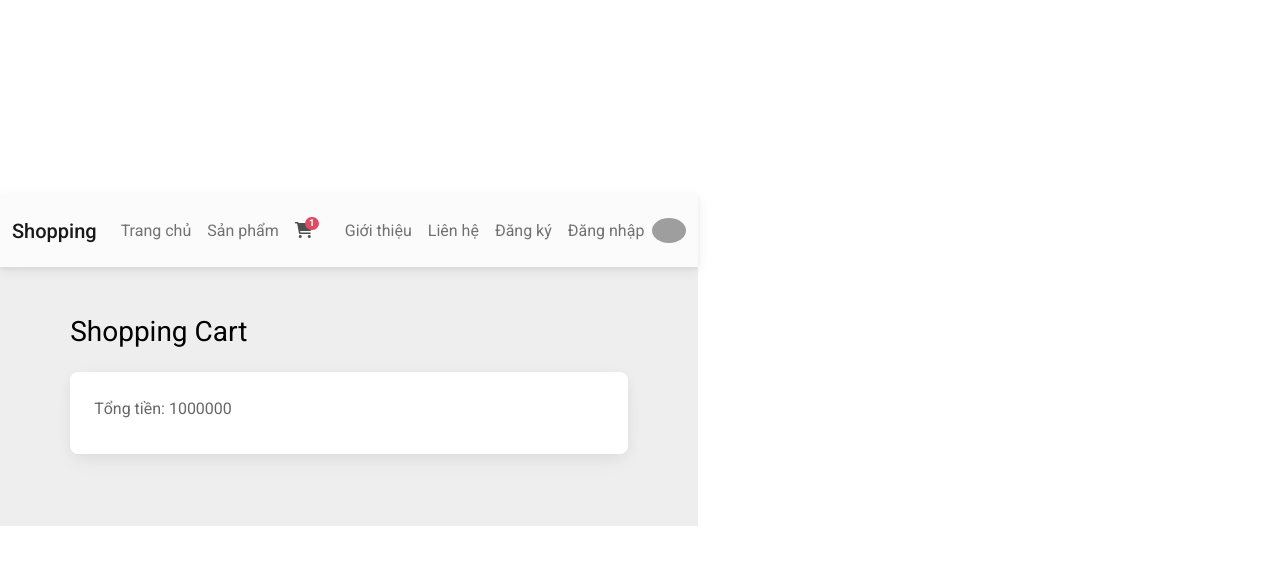
Repository: TinhTT336/MD02_Session10
Page: /cart
The author's editor kept a copy of each file at every save. The page is drawn from the files as they stood at one save, then again after the next save.
The browser window is 1280 px wide. The pictures show the whole page.
Pictures or frames that could not be fetched are drawn as grey boxes. Some web libraries are served in a nearby version. The project was rebuilt for these pictures with package versions that can differ from the ones it lists, and the page was loaded fresh each time. Also part of the build but not shown: vite.config.js, src/layouts/Footer.jsx, src/pages/Home.jsx, src/actions/cartActions.js, src/pages/ListProduct.jsx, src/pages/About.jsx, src/pages/Contact.jsx, src/pages/Register.jsx and 2 more.

Above is the page before, as saved 2023-09-08 09:21:47.

### index.html
<!DOCTYPE html>
<html lang="en">
  <head>
    <meta charset="UTF-8" />
    <link rel="icon" type="image/svg+xml" href="/vite.svg" />
    <meta name="viewport" content="width=device-width, initial-scale=1.0" />
    <title>Vite + React</title>
    <!-- Font Awesome -->
    <link
      href="https://cdnjs.cloudflare.com/ajax/libs/font-awesome/6.0.0/css/all.min.css"
      rel="stylesheet"
    />
    <!-- Google Fonts -->
    <link
      href="https://fonts.googleapis.com/css?family=Roboto:300,400,500,700&display=swap"
      rel="stylesheet"
    />
    <!-- MDB -->
    <link
      href="https://cdnjs.cloudflare.com/ajax/libs/mdb-ui-kit/6.4.1/mdb.min.css"
      rel="stylesheet"
    />
  </head>
  <body>
    <div id="root"></div>
    <script type="module" src="/src/main.jsx"></script>
    <script
      type="text/javascript"
      src="https://cdnjs.cloudflare.com/ajax/libs/mdb-ui-kit/6.4.1/mdb.min.js"
    ></script>
  </body>
</html>

### src/main.jsx
import React from 'react'
import ReactDOM from 'react-dom/client'
import App from './App.jsx'
import './index.css'
import { BrowserRouter } from 'react-router-dom'
import { Provider } from 'react-redux'
import { createStore } from 'redux'
import { reducer } from './reducers/index.js'

const store = createStore(reducer)
ReactDOM.createRoot(document.getElementById('root')).render(
  <React.StrictMode>
    <BrowserRouter>
      <Provider store={store}>
        <App />
      </Provider>
    </BrowserRouter>
  </React.StrictMode>,
)

### src/App.jsx

import { Route, Routes } from 'react-router-dom'
import './App.css'
import Home from './pages/Home'
import ListProduct from './pages/ListProduct'
import Cart from './pages/Cart'
import About from './pages/About'
import Contact from './pages/Contact'
import Register from './pages/Register'
import Login from './pages/Login'
import ProductDetail from './pages/ProductDetail'

function App() {

  return (
    <>
      <Routes>
        <Route path='/' element={<Home />}></Route>
        <Route path='/list-product' element={<ListProduct />}></Route>
        <Route path='/cart' element={<Cart />}></Route>
        <Route path='/about' element={<About />}></Route>
        <Route path='/contact' element={<Contact />}></Route>
        <Route path='/register' element={<Register />}></Route>
        <Route path='/login' element={<Login />}></Route>
        <Route path='/product-detail' element={<ProductDetail />}></Route>
      </Routes>
    </>
  )
}

export default App

### src/reducers/index.js
import { combineReducers } from "redux";
import { listProduct } from "./listProduct";
import { listCart } from "./listCart";

export const reducer = combineReducers({ listProduct, listCart });

### src/App.css
* {
  margin: 0;
  padding: 0;
  box-sizing: border-box;
}
.active {
  background-color: #efefef;
}
body {
  max-width: 90%;
  margin: 0 auto;
}

.nav-item .nav-link {
  padding: 15px;
}

.fa-cart-shopping {
  position: relative;
}

.fa-cart-shopping + span {
  position: absolute;
  top: -10px;
  right: -10px;
  background-color: red;
  color: white;
  border-radius: 50%;
  padding: 5px 10px;
}

### src/pages/Cart.jsx
import React from 'react'
import Navbar from '../layouts/Navbar'
import { useSelector } from 'react-redux'
import { formatMoney } from '../common/formatMoney'

export default function Cart() {
    // lay du lieu cart tu store ve
    const listCart = useSelector(cart => cart.listCart);
    return (
        <>
            <Navbar />
            <section className="h-100" style={{ backgroundColor: "#eee" }}>
                <div className="container h-100 py-5">
                    <div className="row d-flex justify-content-center align-items-center h-100">
                        <div className="col-10">
                            <div className="d-flex justify-content-between align-items-center mb-4">
                                <h3 className="fw-normal mb-0 text-black">Shopping Cart</h3>
                            </div>
                            {listCart.map((cart) => (
                                <div className="card rounded-3 mb-4" key={cart.product_id}>
                                    <div className="card-body p-4">
                                        <div className="row d-flex justify-content-between align-items-center">
                                            <div className="col-md-2 col-lg-2 col-xl-2">
                                                <img
                                                    src={cart.image}
                                                    className="img-fluid rounded-3"
                                                    alt="Cotton T-shirt"
                                                />
                                            </div>
                                            <div className="col-md-3 col-lg-3 col-xl-3">
                                                <p className="lead fw-normal mb-2">{cart.product_name}</p>
                                            </div>
                                            <div className="col-md-3 col-lg-3 col-xl-2 d-flex">
                                                <button className="btn btn-link px-2">
                                                    <i className="fas fa-minus" />
                                                </button>
                                                <input
                                                    min={0}
                                                    type="number"
                                                    className="form-control form-control-sm" value={cart.quantity} style={{ fontSize: 16, textAlign: "center" }}
                                                />
                                                <button
                                                    className="btn btn-link px-2"
                                                >
                                                    <i className="fas fa-plus" />
                                                </button>
                                            </div>
                                            <div className="col-md-3 col-lg-2 col-xl-2 offset-lg-1">
                                                <h5 className="mb-0">{formatMoney(cart.price)}</h5>
                                            </div>
                                            <div className="col-md-1 col-lg-1 col-xl-1 text-end">
                                                <a className="text-danger">
                                                    <i className="fas fa-trash fa-lg" />
                                                </a>
                                            </div>
                                        </div>
                                    </div>
                                </div>
                            ))}
                            <div className="card mb-4">
                                <div className="card-body p-4 d-flex flex-row">
                                    <div className="form-outline flex-fill">
                                        <label className="form-label" htmlFor="form1">
                                            Tổng tiền: 1000000
                                        </label>
                                    </div>
                                </div>
                            </div>
                        </div>
                    </div>
                </div>
            </section>

        </>
    )
}

### src/reducers/listProduct.js
import products from "../data/products.json";
export const listProduct = (state = products, action) => {
  return state;
};

### src/reducers/listCart.js
import { ACT_ADD_CART } from "../contrains/actionTypes";

const initialState = JSON.parse(localStorage.getItem("carts")) || [];

/**
 * ham lay ra vi tri cua product trong listProduct
 * @param {*} id id can kiem tra
 * @param {*} arr mang can kiem tra
 * @returns neu tim thay ban ghi thi tra ra vi tri, neu khong tra ra -1
 * Author: TinhTT(08/09/2023)
 */
const findIndexProduct = (id, arr) => {
  const productIndex = arr.findIndex((p) => p.product_id === id);
  return productIndex;
};
export const listCart = (state = initialState, action) => {
  switch (action.type) {
    case ACT_ADD_CART:
      // vi tri can lay
      const indexProduct = findIndexProduct(action.payload.product_id, state);
      // b2: kiem tra san pham da ton tai torng gio hang chua?
      if (indexProduct !== -1) {
        //b1:clone mang cu
        const newCarts = [...state];
        // neu da ton tai thi tang so luong
        newCarts[indexProduct].quantity += 1;
        // b3: luu giu lieu len local
        localStorage.setItem("carts", JSON.stringify(newCarts));
        // b4: return mang moi
        return newCarts;
      } else {
        // neu chua thi them vao gio hang
        const newAddCarts = [...state, { ...action.payload, quantity: 1 }];
        // b3: luu giu lieu len local
        localStorage.setItem("carts", JSON.stringify(newAddCarts));
        // b4: return mang moi
        return newAddCarts;
      }
    default:
      return state;
  }
};

export const totalPrice = (listCart) =>
  listCart.reduce((prevValue, currentValue) => {
    return prevValue + currentValue.price * currentValue.quantity;
  }, 0);

### src/layouts/Navbar.jsx
import React from 'react'
import { Link, NavLink } from 'react-router-dom'

export default function Navbar() {
    return (
        <div>
            <>
                {/* Navbar start */}
                {/* Navbar */}
                <nav className="navbar navbar-expand-lg navbar-light bg-light">
                    {/* Container wrapper */}
                    <div className="container-fluid">
                        {/* Toggle button */}
                        <button
                            className="navbar-toggler"
                            type="button"
                            data-mdb-toggle="collapse"
                            data-mdb-target="#navbarSupportedContent"
                            aria-controls="navbarSupportedContent"
                            aria-expanded="false"
                            aria-label="Toggle navigation"
                        >
                            <i className="fas fa-bars" />
                        </button>
                        {/* Collapsible wrapper */}
                        <div className="collapse navbar-collapse" id="navbarSupportedContent">
                            {/* Navbar brand */}
                            <a className="navbar-brand mt-2 mt-lg-0" >
                                {" "}
                                Shopping{" "}
                            </a>
                            {/* Left links */}
                            <ul className="navbar-nav me-auto mb-2 mb-lg-0">
                                <li className="nav-item">
                                    <NavLink to={"/"} className="nav-link" >
                                        Trang chủ
                                    </NavLink>
                                </li>
                                <li className="nav-item">
                                    <NavLink to={"/list-product"} className="nav-link" >
                                        Sản phẩm
                                    </NavLink>
                                </li>
                                <li className="nav-item">
                                    {/* Icon */}
                                    <Link to={"/cart"} className="text-reset me-3 nav-link" >
                                        <i className="fas fa-shopping-cart" />
                                        <span className="badge rounded-pill badge-notification bg-danger">
                                            1
                                        </span>
                                    </Link>
                                </li>
                            </ul>
                            {/* Left links */}
                        </div>
                        {/* Collapsible wrapper */}
                        {/* Right elements */}
                        <div className="d-flex align-items-center">
                            <ul className="navbar-nav me-auto mb-2 mb-lg-0">
                                <li className="nav-item">
                                    <NavLink to={"/about"} className="nav-link" >
                                        Giới thiệu
                                    </NavLink>
                                </li>
                                <li className="nav-item">
                                    <NavLink to={"/contact"} className="nav-link" >
                                        Liên hệ
                                    </NavLink>
                                </li>
                                <li className="nav-item">
                                    <NavLink to={"/register"} className="nav-link" >
                                        Đăng ký
                                    </NavLink>
                                </li>
                                <li className="nav-item">
                                    <NavLink to={"/login"} className="nav-link" >
                                        Đăng nhập
                                    </NavLink>
                                </li>
                            </ul>
                            {/* Avatar */}
                            <div className="dropdown">
                                <a
                                    className="dropdown-toggle d-flex align-items-center hidden-arrow"

                                    id="navbarDropdownMenuAvatar"
                                    role="button"
                                    data-mdb-toggle="dropdown"
                                    aria-expanded="false"
                                >
                                    <img
                                        src="https://mdbcdn.b-cdn.net/img/new/avatars/2.webp"
                                        className="rounded-circle"
                                        height={25}
                                        alt="Black and White Portrait of a Man"
                                        loading="lazy"
                                    />
                                </a>
                                <ul
                                    className="dropdown-menu dropdown-menu-end"
                                    aria-labelledby="navbarDropdownMenuAvatar"
                                >
                                    <li>
                                        <a className="dropdown-item" >
                                            My profile
                                        </a>
                                    </li>
                                    <li>
                                        <a className="dropdown-item" >
                                            Settings
                                        </a>
                                    </li>
                                    <li>
                                        <a className="dropdown-item" >
                                            Logout
                                        </a>
                                    </li>
                                </ul>
                            </div>
                        </div>
                        {/* Right elements */}
                    </div>
                    {/* Container wrapper */}
                </nav>
                {/* Navbar end */}
            </>

        </div>
    )
}

### src/common/formatMoney.js
export const formatMoney = (money) => {
  return money.toLocaleString("it-IT", {
    style: "currency",
    currency: "VND",
  });
};

### src/data/products.json
[
  {
    "product_id": 1,
    "product_name": "đai lưng",
    "image": "https://mdbcdn.b-cdn.net/img/Photos/Horizontal/E-commerce/Products/belt.webp",
    "price": 50000
  },
  {
    "product_id": 2,
    "product_name": "sét đồ đi chơi",
    "image": "https://mdbcdn.b-cdn.net/img/Photos/Horizontal/E-commerce/Products/img%20(4).webp",
    "price": 60000
  },
  {
    "product_id": 3,
    "product_name": "giầy Nike hồng",
    "image": "https://mdbcdn.b-cdn.net/img/Photos/Horizontal/E-commerce/Products/shoes%20(3).webp",
    "price": 55000
  },
  {
    "product_id": 4,
    "product_name": "giầy Nike ",
    "image": "https://mdbcdn.b-cdn.net/img/Photos/Horizontal/E-commerce/Products/img%20(23).webp",
    "price": 70000
  },
  {
    "product_id": 5,
    "product_name": "quần jeans",
    "image": "https://mdbcdn.b-cdn.net/img/Photos/Horizontal/E-commerce/Products/img%20(17).webp",
    "price": 80000
  },
  {
    "product_id": 6,
    "product_name": "mũ da",
    "image": "https://mdbcdn.b-cdn.net/img/Photos/Horizontal/E-commerce/Products/img%20(30).webp",
    "price": 100000
  }
]

### src/contrains/actionTypes.js
export const ACT_ADD_CART = "add";

Loaded but not shown: src/index.css (common file)

After the next save:
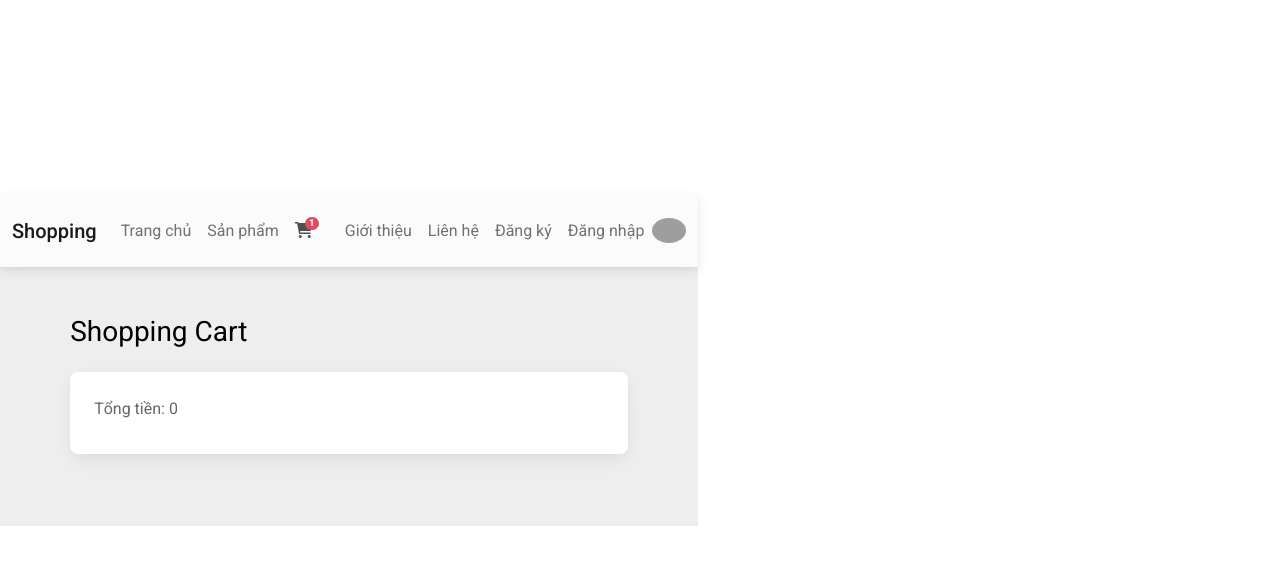
Saved 39 s later.
--- a/src/pages/Cart.jsx
+++ b/src/pages/Cart.jsx
@@ -2,6 +2,7 @@ import React from 'react'
 import Navbar from '../layouts/Navbar'
 import { useSelector } from 'react-redux'
 import { formatMoney } from '../common/formatMoney'
+import { totalPrice } from '../reducers/listCart';
 
 export default function Cart() {
     // lay du lieu cart tu store ve
@@ -61,7 +62,7 @@ export default function Cart() {
                                 <div className="card-body p-4 d-flex flex-row">
                                     <div className="form-outline flex-fill">
                                         <label className="form-label" htmlFor="form1">
-                                            Tổng tiền: 1000000
+                                            Tổng tiền: {totalPrice(listCart)}
                                         </label>
                                     </div>
                                 </div>
